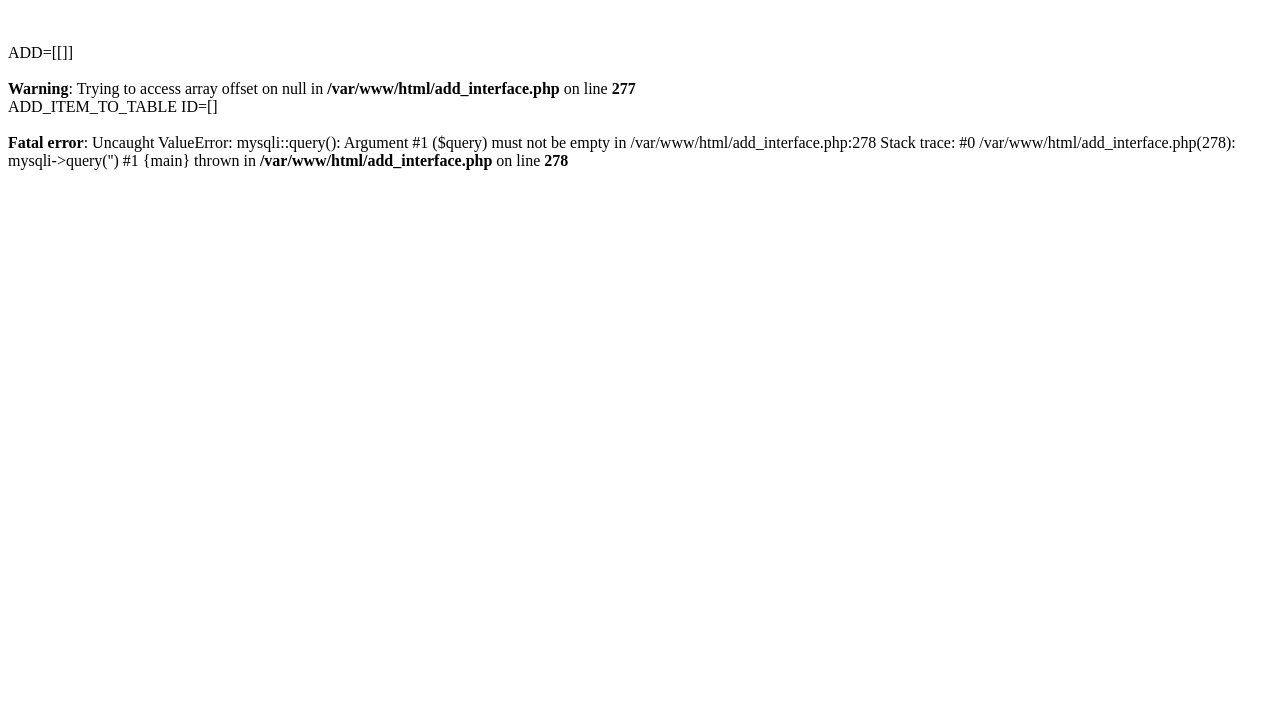
Repository: nevinleiby/SwapRC
Page: http://localhost/add_interface.php
An editor plug-in stored every save of this project. The page is shown before and after the next save, followed by the edit.
The browser window is 1280 px wide. The pictures show the whole page.
The page is run by PHP 8.4 with error messages shown; the project is at /var/www/html/. Queries for data that is not in the repository find no rows.

Above is the page before, as saved 2019-09-09 18:18:38.

### add_interface.php
<?php
    require_once 'login_cobalt.php';
    require_once 'quad_spec_processing.php';

    $connection = new mysqli($hn, $un, $pw, $db);
    if ($connection->connect_error) die ("Fatal Error");

    // Define categories as an array
    //$categories =    array (
    //        'frame',
    //        'fc',
    //        'bnf',
    //        'esc',
    //        'motor',
    //        'prop',
    //    'fpv_camera',
    //    'transmitter',
    //    'antenna',
    //    'vtx',
    //    'receiver',
    //    'battery',
    //    'pdb',
    //    'hardware',
    //    '3d_print',
    //    'goggle',
    //    'video_monitor',
    //    'video_receiver',
    //    'swag'
    //);


    // Define categories as a named array/hash:
    $categories =    [
        'frame' => 'frame',
        'fc' => 'fc',
        'bnf' => 'bnf',
        'esc' => 'esc',
        'motor' => 'motor',
        'prop' => 'prop',
        'fpv_camera' => 'fpv_camera',
        'transmitter' => 'transmitter',
        'antenna' => 'antenna',
        'vtx' => 'vtx',
        'receiver' => 'receiver',
        'battery' => 'battery',
        'pdb' => 'pdb',
        'hardware' => 'hardware',
        '3d_print' => '3d_print',
        'goggle' => 'goggle',
        'video_monitor' => 'video_monitor',
        'video_receiver' => 'video_receiver',
        'swag' => 'swag'   ,
    ];


    //echo '==================' . isset($_POST['category']) . '=================<br>';
    if (isset($_POST['category']))
    {
        $q_category = $_POST['category'];
        $q_category = strip_tags($q_category);

        $table_name = '';
        // Compare available categories and make sure that user selected an actual category:
        foreach ($categories as $item)
        {
            if ($item == $q_category)
            {
                $table_name = $item;
                //echo "Requested ($q_category) vs actual ($item)<br>";
                break;
            }
        }

        // Default if there is not a valid table used:
        if ($table_name == '')
        {
            $table_name = 'frame';
        }
    }
    else
    {
        $table_name = 'frame';
    }
    $category = ucfirst ($table_name);

    //echo '--------------9' . $table_name . '9---------------<br>';

    // Final check to make sure that table is defined:
    if (! $table_name)
    {
        $table_name = 'frame';
    }

    $query = "SELECT * FROM $table_name";
    $result = $connection->query($query);

    if (! $result) die ("Fatal Error");
    $number_of_rows = $result->num_rows;
    //echo "((($row)))<br>";


    //echo "<br><br>STARTING DATA EXTRACTION [<br>";


    // Step through each result:
    //for ($j = 0; $j < $rows ; ++$j)
    //{
    //   $result->data_seek($j);
    //    //echo .htmlspecialchars ($result->fetch_assoc()['test']) . '<br>';
    //    echo "((" . htmlspecialchars($result->fetch_assoc()['frequency']) . '))<br>';
    //    $result->data_seek($j);
    //    echo "((" . htmlspecialchars($result->fetch_assoc()['number_of_channels']) . '))<br>';
    //}


    //// Step through each result:
    for ($j = 0; $j < $number_of_rows ; ++$j)
    {
        $row = $result->fetch_array(MYSQLI_NUM);

        //echo "((" . htmlspecialchars($row['frequency']) . '))<br>';
        //echo print_f($row);
        for ($item = 0; $item < 10; ++$item)
        {
            // INPUT VALUES:
            //echo "Item $item: " . htmlspecialchars($row[$item]) . "<br>\n";
        }

    }
    //echo "]ENDED EXTRACTION<br>";



    /////////////////////////////////////////////////////////////////////////////////////////////////////////////
    /////////////////////////////////////////////////////////////////////////////////////////////////////////////
    /////////////////////////////////////////////////////////////////////////////////////////////////////////////

    //////////////////////////////
    // TRY TO GET TABLE COLUMNS
    //    https://www.codexworld.com/how-to/get-column-names-from-table-in-mysql-php/
    //
    // Ultimately worked by following:
    //    https://stackoverflow.com/questions/4165195/mysql-query-to-get-column-names/4165253
    /////////////////////////////


    // Query to get columns from table
    //$result = $connection->query("SELECT COLUMN_NAME FROM INFORMATION_SCHEMA.COLUMNS WHERE TABLE_SCHEMA = '$db' AND TABLE_NAME = '$table_name'");

    // single column name:
    //$next_row = $result->fetch_assoc();
    //echo $next_row;

    //$next_row = $result->fetch_assoc();
    //echo "<br>ROW: |$next_row|<br>";
    //foreach ($next_row as $column_name)

    //only grabs the first column name:
    //foreach ($next_row = $result->fetch_assoc() as $column_name)
    //{
    //    //$result[] = $next_row;
    //    echo "<br>ROW: |$next_row|[$column_name]<br>";
    //    foreach ($next_row as $column_name_item)
    //    {
    //        echo "-----|$column_name_item|----<br>";
    //    }
    //}

    // Only selects the first column name:
    //foreach ($next_row = $result->fetch_assoc() as $column_name)
    //{
    //    $columns[] = $next_row;
    //    echo "<br>=|$next_row|=<br>";
    //    echo "<br>=|" . $columns[0] . "|=<br>";
    //    print_r ($columns);

    //    // Still grabs only first column name:
    //    //foreach ($columns as $column_name)
    //    //{
    //    //    echo "-=|$column_name|=-<br>";
    //    //}

    //   for ($column_number = 0; $column_number <= 2; $column_number++)
    //    {
    //        echo "====*" . $columns[$column_number] . "*======<br>";
    //    }
    //}


    ///////////// WORKS!!!!!!!!!!!!!!!!!!!!!!!!!!!!
    /// https://stackoverflow.com/questions/4165195/mysql-query-to-get-column-names/4165253
    //$sql = "SHOW COLUMNS FROM $table_name";
    //$result = mysqli_query($connection,$sql);
    //while($row = mysqli_fetch_array($result)){
    //    echo $row['Field']."<br>";
    //}


    // Grab each column name:
    //     (likely could be optomized by INFORMATION_SCHEMA.COLUMNS WHERE TABLE_SCHEMA methology)
    //
    // WORKS!!!!!
    /// https://stackoverflow.com/questions/4165195/mysql-query-to-get-column-names/4165253

    $query = "SHOW COLUMNS FROM $table_name";
    $result = $connection->query($query);

    $search_input_text = '';
    while($row = mysqli_fetch_array($result))
    {
        //echo $row['Field']."<br>";
        //echo '<input onClick="this.select();" type=text name="' . $row['Field'] . '" placeholder="' . $row['Field'] . '"><br>';

        // Pretty form of INPUT box
        $search_input_text .= "\n" . '<input onClick="this.select();" type=text name="' . $row['Field'] . '" placeholder="' . $row['Field'] . '"><br>';

        // INPUT box but with default values:
        //$search_input_text .= "\n" . '<input onClick="this.select();" type=text name="' . $row['Field'] . '" value="' . $row['Field'] . '1">' . $row['Field'] . '<br>';
    }


    // Read all of the column names:
    //foreach ($next_row = $result->fetch_assoc())
    //{
    //    echo $next_row;
    //}


    //while ($next_row = $result->fetch_assoc())
    //{
    //    $result[] = $next_row;
    //    echo $next_row;
    //}

    // Array of all column names
    //$columnArr = array_column($result, 'COLUMN_NAME');

    /////////////////////////////////////////////////////////////////////////////////////////////////////////////
    /////////////////////////////////////////////////////////////////////////////////////////////////////////////
    /////////////////////////////////////////////////////////////////////////////////////////////////////////////


    // Now generate the available options:
    $select_options_text = select_item(strtolower($category), $categories);



    // Associative array to add to the table:
    $row_add_array;

    // Process the input:
    while (1)
    {
        // Doesn't permit name=value pairs...you need a KEY=VALUE
        //foreach ($_POST as $item)

        // Get the name=value pairs:
        // https://stackoverflow.com/questions/5479999/foreach-value-from-post-from-form

        foreach ($_POST as $key => $value)
        {
            //echo 'name=('. $key . ')|  value=|' . $_POST[$key] . '|| [' . $value . ']<br>';
            //echo 'name=('. $key . ')|  value=|' . $_POST[$key] . '||<br>';

            $row_add_array[$key] = $value;
        }
        break;
    }

    // Now lets add the data to the database:

    // See the array of data:
    //print_r($row_add_array);
    $row_add_string = q_add_item_to_table($table_name, $categories, $row_add_array);
    echo "\n<br><br>ADD=[[" . $row_add_string . "]]<br>\n";

    echo 'ADD_ITEM_TO_TABLE  ID=[' . $row_add_array['id'] . ']<br>';
    $add_result = $connection->query($row_add_string);
    echo "SQL ADD RESULT($add_result)<br>";


    $result->close();
    $connection->close();

    /////////////////////////////////////////////////////////////////////////////////////////////////////////////////////////////////////////////////////////

    ///////////////////////////////////
    // Function definitions
    ///////////////////////////////////

    /////////////////////////
    // GET_POST
    /////////////////////////
    function get_post ($connection, $var)
    {
        return $connection->real_escape_string($_POST[$var]);
    }

    /////////////////////////
    // SELECT_ITEM
    /////////////////////////
    // Create the <INPUT> tags and select the choosen category:
    function select_item ($category, &$categories)
    {

            //echo "category=($category), categories=(" . $categories['vtx'] . ')<br>';
            //echo "entering with default of ($category)";

            // Define the return text string:
            $return_text = '';

            // Step through each category:
            foreach ($categories as $curr_category)
            {

                // Select the current category:
                $curr_category = $categories[$curr_category];
                //echo '<br>[[[[[[<b>' . $curr_category . '</b>| vs |' . $category . ']]]]]]]]]]';

                // Basic <OPTION> statement, to be appended to the selected item if necessary:
                $return_text .= '<option value = "' . $curr_category . '"';

                // compare the desired category ($category) with the current category:
                if ($curr_category == $category)
                {
                    // This the is desired category....select it now:
                    $return_text .= ' SELECTED ';
                    //echo '<br>SELECTED ' . $curr_category . "<br>";
                }

                $return_text .= '>' . $curr_category . '</option>' ."\n";
            }

            // Return <OPTION> array, including the one that is SELECTED:
            return $return_text;
    }

    /////////////////////////
    // Q_ADD_ITEM_TO_TABLE:
    //
    // Prepares the input to allow it to write to a table, defaulting when appropriate
    //
    // Input: name of table to write to, %categories, %defined parameters
    // Returns: SQL STRING
    /////////////////////////
    function q_add_item_to_table ($table_name, &$categories, &$parameters)
    {
        $SQL_STRING = '';

        // consider Exit immediately if nothing defined:

        // Okay...what table are we adding to?
        switch ($table_name)
        {
            case 'fc':
                $parameters['id'] =             &check_id($parameters['id']);
                $parameters['processor'] =      &check_processor($parameters['processor']);
                $parameters['gyro'] =           &check_gyro($parameters['gyro']);
                $parameters['mounting_holes'] = &check_mounting_holes($parameters['mounting_holes']);
                $parameters['osd'] =            &check_osd($parameters['osd']);
                $parameters['voltage_min'] =    &check_voltage_min($parameters['voltage_min']);
                $parameters['voltage_max'] =    &check_voltage_max($parameters['voltage_max']);
                $parameters['firmware'] =       &check_firmware($parameters['firmware']);
                $parameters['voltage_control'] =&check_voltage_control($parameters['voltage_control']);
                $parameters['antenna_connector'] =      &check_antenna_connector($parameters['antenna_connector']);
                $parameters['operating_voltage'] =      &check_operating_voltage($parameters['operating_voltage']);


                $SQL_STRING = "INSERT INTO $table_name (";
                    $SQL_STRING .= " id, processor, gyro, mounting_holes, osd, voltage_min, voltage_max, firmware, voltage_control, antenna_connector, operating_voltage";
                    $SQL_STRING .= ") VALUES (";
                        $SQL_STRING .= $parameters['id'] . ', ';
                        $SQL_STRING .= '"' . $parameters['processor']. '", ';
                        $SQL_STRING .= '"' . $parameters['gyro']. '", ';
                        $SQL_STRING .= '"' . $parameters['mounting_holes']. '", ';
                        $SQL_STRING .= '"' . $parameters['osd']. '", ';
                        $SQL_STRING .= $parameters['voltage_min']. ', ';
                        $SQL_STRING .= $parameters['voltage_max']. ', ';
                        $SQL_STRING .= '"' .$parameters['firmware']. '", ';
                        $SQL_STRING .= '"' .$parameters['voltage_control']. '", ';
                        $SQL_STRING .= '"' .$parameters['antenna_connector']. '", ';
                        $SQL_STRING .= $parameters['operating_voltage']. '  ';
                        // check for trailing ','
                    $SQL_STRING .= ');';
                break;
            default:
                break;
        }


        return $SQL_STRING;
    }
/////////////////////////////////////////////////////////////////////////////////////////////////////////////////////////////////////////////


echo <<<_END
<html>
    <title>
        SwapRC:Add
    </title>
    <body>
            <h1>Add : $category</h1>
            <form action="./add_interface.php" method="post">

            <br>
            <table border=4 width=100% height=95%>
                <tr border=4 height=95%>
                    <td width = 80% border=2 bgcolor="#ccffff" valign=top height=95%>
                        [
                        <b><a href="./add_interface.php">Add</a></b> |
                        <a href="./search_interface.php">Search</a>
                        ]


                        <br>
                        <table width=100% height=95% bgcolor=blue>
                            <tr height=95% style="height:95%">
                                <td valign=top bgcolor="#ffaaff" style="height:95%">
                                    Search:
                                    <select name="category">
                                        $select_options_text
                                    </select>
                                    <input onClick="this.select(); type=text name="Name" placeholder="Search or Paste URL">
                                    <input type=submit name="submit">

                                    <br><br>
                                    <table>
                                        <tr>
                                            <td valign=top>
                                                <h2>$category</h2>
                                            </td>
                                            <td valign=top>
                                                $search_input_text
                                            </td>
                                        </tr>
                                    </table>

                                </td>




                            </tr>
                        </table>
                        </form>

                    </td>
                    <td border=2 bgcolor="ffccccc" valign=top height=95%>
                        <frameset>
                            <iframe src="./frame_users.html">
                        </frameset>
                    </td>
                </tr>
            </table>
    </body>

</html>
_END;
?>

### login_cobalt.php
<?php
    // login_cobalt.php
    $hn = 'localhost';
    $db = 'swaprc';
    $un = 'nevin';
    $pw = 'kdie4all';
?>

### frame_users.html
<html>
    <title>
        SwapRC : Users
    </title>
    <body>
        <table>
            <tr><td>Online</td></tr>
            <tr><td>(o) UserOnline</td></tr>

            <tr><td>&nbsp;</td></tr>
            <tr><td>Offline:</td></tr>
            <tr><td>(x) UserOffline</td></tr>

            <tr><td>&nbsp;</td></tr>
            <tr><td>Blocked:</td></tr>
            <tr><td>(b) UserBlocked</td></tr>

        </table>
    </body>
</html>

Loaded but not shown: quad_spec_processing.php (816 lines, source omitted)

After the next save:
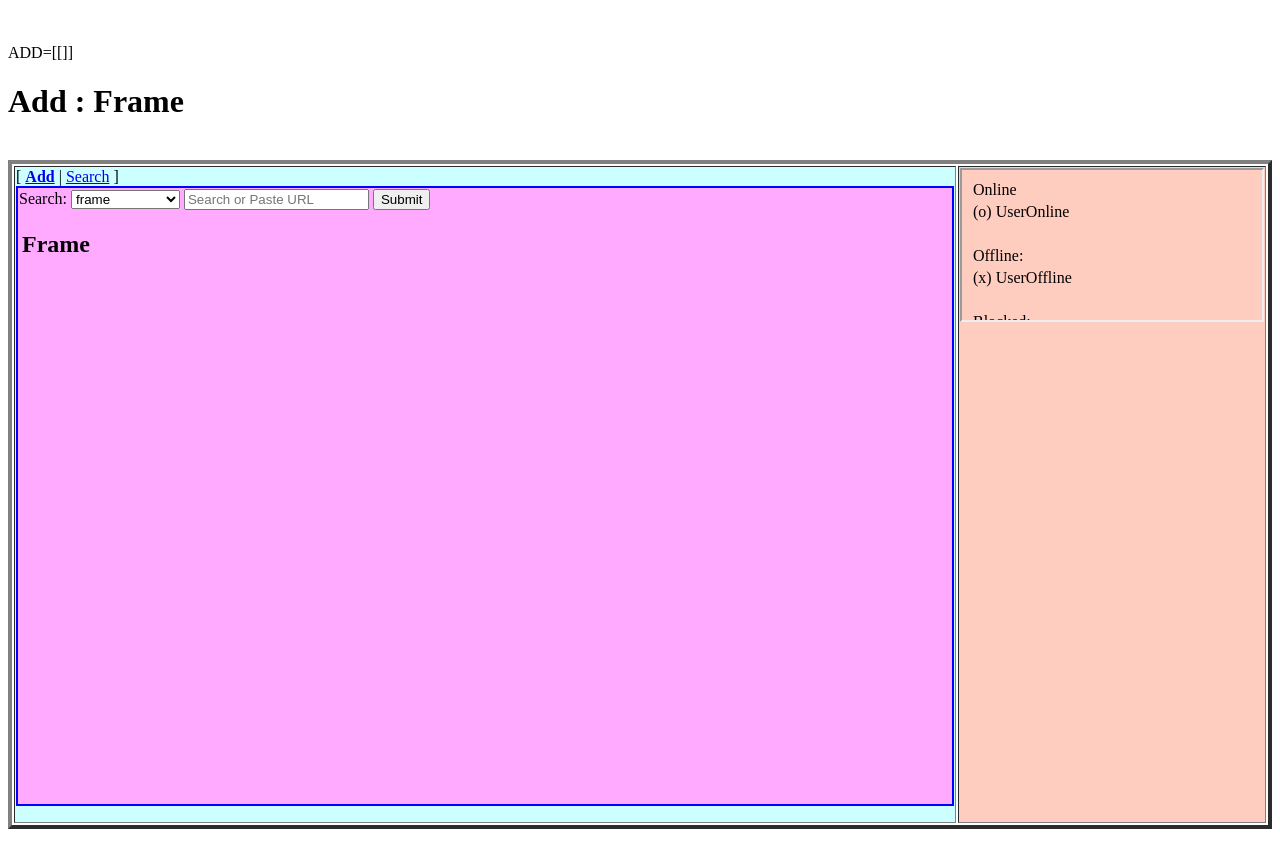
Console error (its wording comes from the project's code and is left out).
Saved 66 s later.
--- a/add_interface.php
+++ b/add_interface.php
@@ -274,9 +274,13 @@
     $row_add_string = q_add_item_to_table($table_name, $categories, $row_add_array);
     echo "\n<br><br>ADD=[[" . $row_add_string . "]]<br>\n";
 
-    echo 'ADD_ITEM_TO_TABLE  ID=[' . $row_add_array['id'] . ']<br>';
-    $add_result = $connection->query($row_add_string);
-    echo "SQL ADD RESULT($add_result)<br>";
+    if ($row_add_string)
+    {
+        echo 'ADD_ITEM_TO_TABLE  ID=[' . $row_add_array['id'] . ']<br>';
+        $add_result = $connection->query($row_add_string);
+        echo "SQL ADD RESULT($add_result)<br>";
+    }
+
 
 
     $result->close();
